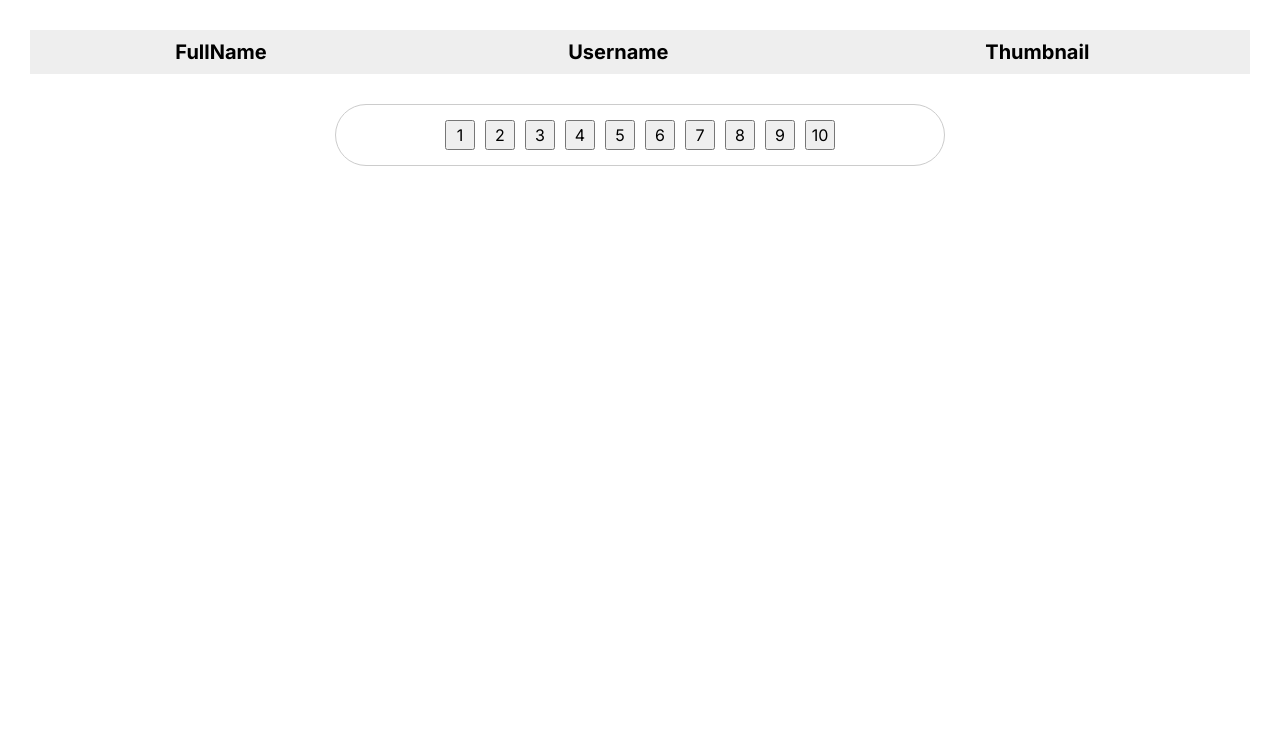
Repository: hoang0508/Test-FrontendReactJs-Twendee
Page: /
The author's editor kept a copy of each file at every save. The page is drawn from the files as they stood at one save, then again after the next save.
The browser window is 1280 px wide. The pictures show the whole page.
The page's requests for data from a server got no answer. The project was rebuilt for these pictures with package versions that can differ from the ones it lists, and the page was loaded fresh each time. No one was signed in, and anything a server would have sent is missing.

Above is the page before, as saved 2023-02-06 21:41:35.

### src/index.tsx
import React from "react";
import ReactDOM from "react-dom/client";
import "./index.scss";
import App from "./App";
import reportWebVitals from "./reportWebVitals";
import { Provider } from "react-redux";
import store from "./redux/store";

const root = ReactDOM.createRoot(
  document.getElementById("root") as HTMLElement
);
root.render(
  <React.StrictMode>
    <Provider store={store}>
      <App />
    </Provider>
  </React.StrictMode>
);

// If you want to start measuring performance in your app, pass a function
// to log results (for example: reportWebVitals(console.log))
// or send to an analytics endpoint. Learn more: https://bit.ly/CRA-vitals
reportWebVitals();

### src/index.scss
@import url("https://fonts.googleapis.com/css2?family=Inter:wght@300;400;500;600;700&display=swap");
*,
*:before,
*:after {
  box-sizing: border-box;
}
* {
  margin: 0;
  padding: 0;
  font: inherit;
}
img,
picture,
svg,
video {
  display: block;
  max-width: 100%;
}
body {
  min-height: 100vh;
  font-family: "Inter", sans-serif;
}

### src/App.tsx
import UserTable from "./components/UserTable";

function App() {
  return (
    <div>
      <UserTable />
    </div>
  );
}

export default App;

### src/redux/store.tsx
import { configureStore, combineReducers } from "@reduxjs/toolkit";
import usersSlice from "./usersSlice";

const reducer = combineReducers({
  users: usersSlice,
});

const store = configureStore({
  reducer: reducer,
  middleware: (getDefaultMiddleware) =>
    getDefaultMiddleware({
      serializableCheck: false,
    }).concat(),
});

export type RootState = ReturnType<typeof store.getState>;

export type AppDispatch = typeof store.dispatch;

export default store;

### src/components/UserTable.tsx
import React, { useEffect } from "react";
import { useDispatch, useSelector } from "react-redux";
import { RootState } from "../redux/store";
import { fetchDataUser, setCurrentPage } from "../redux/usersSlice";
import { ItemData } from "../utils/type";
import Pagination from "./Pagination";
import { v4 } from "uuid";
import "./UserTable.scss";

const UserTable = () => {
  const usersPerPage = 10;
  // dispatch redux
  const dispatch = useDispatch();
  const { users, currentPage } = useSelector((state: any) => state.users);

  useEffect(() => {
    dispatch(
      fetchDataUser({
        currentPage,
        numberPerPage: usersPerPage,
      })
    );
  }, [currentPage, dispatch, usersPerPage]);

  // Change page
  const handlePaginate = (pageNumber: number) =>
    dispatch(setCurrentPage(pageNumber));

  // Get current users
  const currentUsers = users?.results;
  console.log(
    "🚀 ~ file: UserTable.tsx:28 ~ UserTable ~ currentUsers",
    currentUsers
  );

  return (
    <>
      <div className="userTable">
        <table className="userTable-table">
          <thead>
            <tr>
              <th>FullName</th>
              <th>Username</th>
              <th>Thumbnail</th>
            </tr>
          </thead>
          <tbody>
            {currentUsers &&
              currentUsers.length > 0 &&
              currentUsers.map((user: ItemData) => (
                <tr key={v4()}>
                  <td>
                    <span>{user?.name?.title}</span>
                    <span>{user?.name?.first}</span>
                    <span>{user?.name?.last}</span>
                  </td>
                  <td>{user?.login?.username}</td>
                  <td>
                    <div className="image-user">
                      <img src={user?.picture?.thumbnail} alt="" />
                    </div>
                  </td>
                </tr>
              ))}
          </tbody>
        </table>
        <Pagination
          usersPerPage={usersPerPage}
          handlePaginate={handlePaginate}
        />
      </div>
    </>
  );
};

export default UserTable;

### src/redux/usersSlice.tsx
import { createAsyncThunk, createSlice } from "@reduxjs/toolkit";
import axios from "../api/apiConfig";

interface IData {
  currentPage: number;
  numberPerPage: number;
}

// Fectch Data Users
export const fetchDataUser: any = createAsyncThunk(
  "users/fetchUsers",
  async (data: IData, thunkAPI) => {
    const res = await axios.get(
      `?page=${data?.currentPage}&results=${data?.numberPerPage}`
    );
    return res;
  }
);

const userSlice = createSlice({
  name: "user",
  initialState: {
    users: [],
    currentPage: 1,
  },
  reducers: {
    setCurrentPage: (state, action) => ({
      ...state,
      currentPage: action.payload,
    }),
  },
  extraReducers: (builder) => {
    // Add reducers for additional action types here, and handle loading state as needed
    builder.addCase(fetchDataUser.fulfilled, (state: any, action) => {
      // Add user to the state array
      state.users = action.payload;
    });
  },
});

export const { setCurrentPage } = userSlice.actions;
export default userSlice.reducer;

### src/components/Pagination.tsx
import { useSelector } from "react-redux";
import { RootState } from "../redux/store";
import { TotalUser } from "../utils/enum";

interface PropsPagination {
  usersPerPage: number;
  handlePaginate: (itemNunber: number) => void;
}

const Pagination = ({ usersPerPage, handlePaginate }: PropsPagination) => {
  const pageNumbers = [];
  for (let i = 1; i <= Math.ceil(TotalUser.TOTAL_USER / usersPerPage); i++) {
    pageNumbers.push(i);
  }
  const { currentPage } = useSelector((state: RootState) => state.users);

  return (
    <nav>
      <ul className="pagination">
        {pageNumbers.map((itemNumber: number) => (
          <li
            key={itemNumber}
            className={`page-item ${
              currentPage === itemNumber ? "active-page" : ""
            }`}
          >
            <button
              onClick={() => handlePaginate(itemNumber)}
              className="page-link"
            >
              {itemNumber}
            </button>
          </li>
        ))}
      </ul>
    </nav>
  );
};

export default Pagination;

### src/components/UserTable.scss
.userTable {
  margin: 30px;
  &-table {
    border-collapse: collapse;
    width: 100%;
    font-family: "Inter", sans-serif;
  }

  thead {
    background-color: #eee;
    th {
      padding: 10px;
      font-size: 20px;
      font-weight: 700;
    }
  }

  td {
    border: 1px solid #dddddd;
    text-align: center;
    padding: 10px;
    .image-user {
      width: 80px;
      height: 80;
      margin: 0 auto;
      img {
        width: 100%;
        height: 100%;
        object-fit: cover;
        border: 3px solid #fff;
        border-radius: 100rem;
      }
    }
  }

  tr:nth-child(even) {
    background-color: #dddddd;
    font-weight: 600;
  }
}

.pagination {
  display: flex;
  justify-content: center;
  align-items: center;
  gap: 0 10px;
  margin-top: 30px;
  list-style: none;
  border: 1px solid #ccc;
  border-radius: 100rem;
  padding: 15px;
  width: 50%;
  margin: 30px auto 0;
  button.page-link {
    width: 30px;
    height: 30px;
    cursor: pointer;
  }
}

### src/api/apiConfig.ts
import axios from "axios";

const instance = axios.create({
  baseURL: "https://randomuser.me/api/",
});

// Add a request interceptor
instance.interceptors.request.use(
  function (config) {
    // Do something before request is sent
    return config;
  },
  function (error) {
    // Do something with request error
    return Promise.reject(error);
  }
);

// Add a response interceptor
instance.interceptors.response.use(
  function (response) {
    return response && response?.data ? response?.data : response;
  },
  function (error) {
    // Any status codes that falls outside the range of 2xx cause this function to trigger
    // Do something with response error
    return error && error?.message ? error?.message : Promise.reject(error);
  }
);

export default instance;

### src/utils/enum.ts
export enum TotalUser {
  TOTAL_USER = 100,
}

Loaded but not shown: public/index.html (common file); src/reportWebVitals.ts (common file)

After the next save:
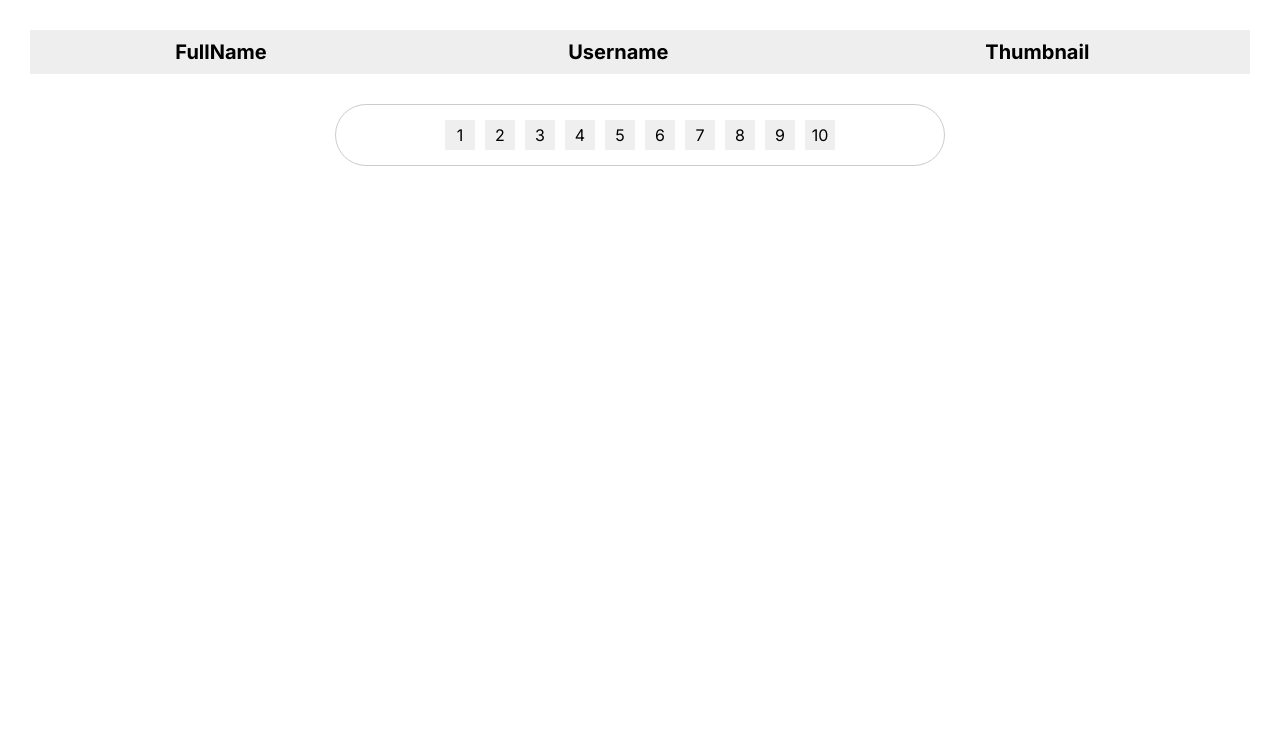
Saved 23 s later.
--- a/src/components/UserTable.scss
+++ b/src/components/UserTable.scss
@@ -55,5 +55,6 @@
     width: 30px;
     height: 30px;
     cursor: pointer;
+    border: 0;
   }
 }
